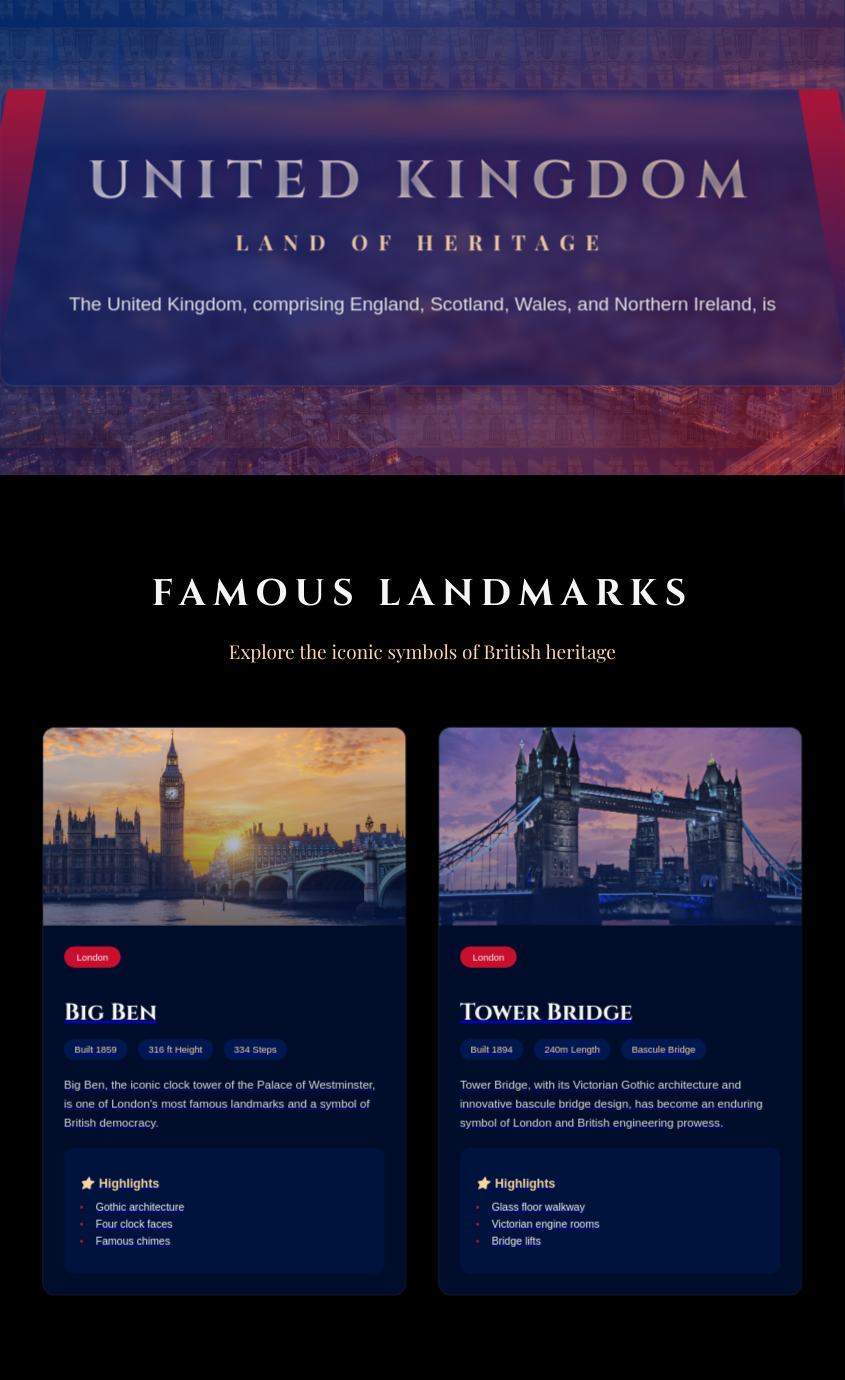
Repository: huang-heavenly-Emperor/NewYork
Page: uk.html
An editor plug-in stored every save of this project. The page is shown before and after the next save, followed by the edit.
The browser window is 1280 px wide. The pictures show the whole page, at 66% of full size.
Backgrounds fixed to the window are drawn as part of the page.

Above is the page before, as saved 2025-02-19 16:12:42.
Not found: images/uk-pattern.jpg

After the next save:
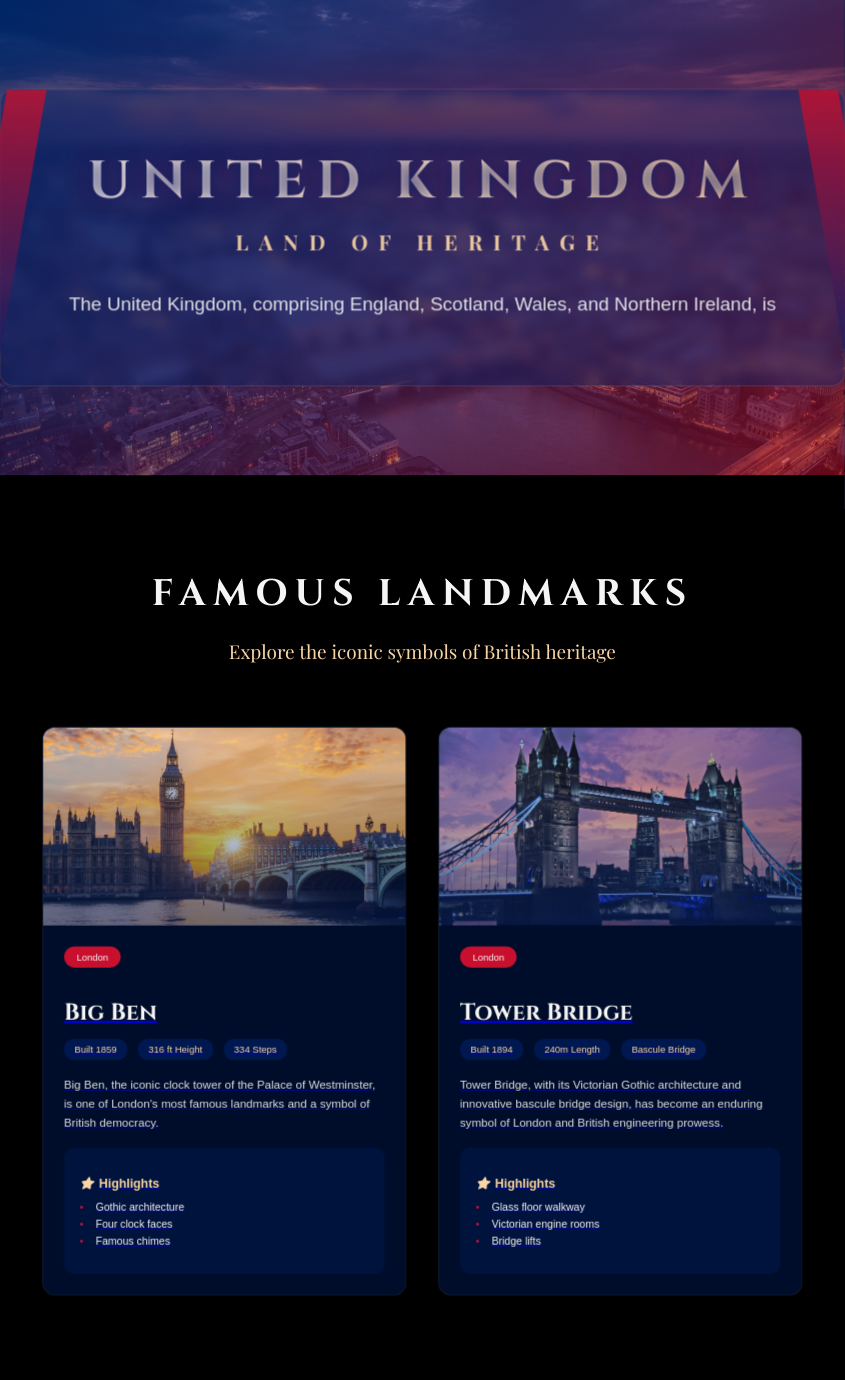
Saved 18 s later.
--- a/css/uk.css
+++ b/css/uk.css
@@ -44,9 +44,7 @@
     position: absolute;
     width: 100%;
     height: 150px;
-    background-image: url('../images/british-pattern.jpg');
-    background-size: 100px;
-    background-repeat: repeat;
+
     opacity: 0.1;
     z-index: 2;
 }
